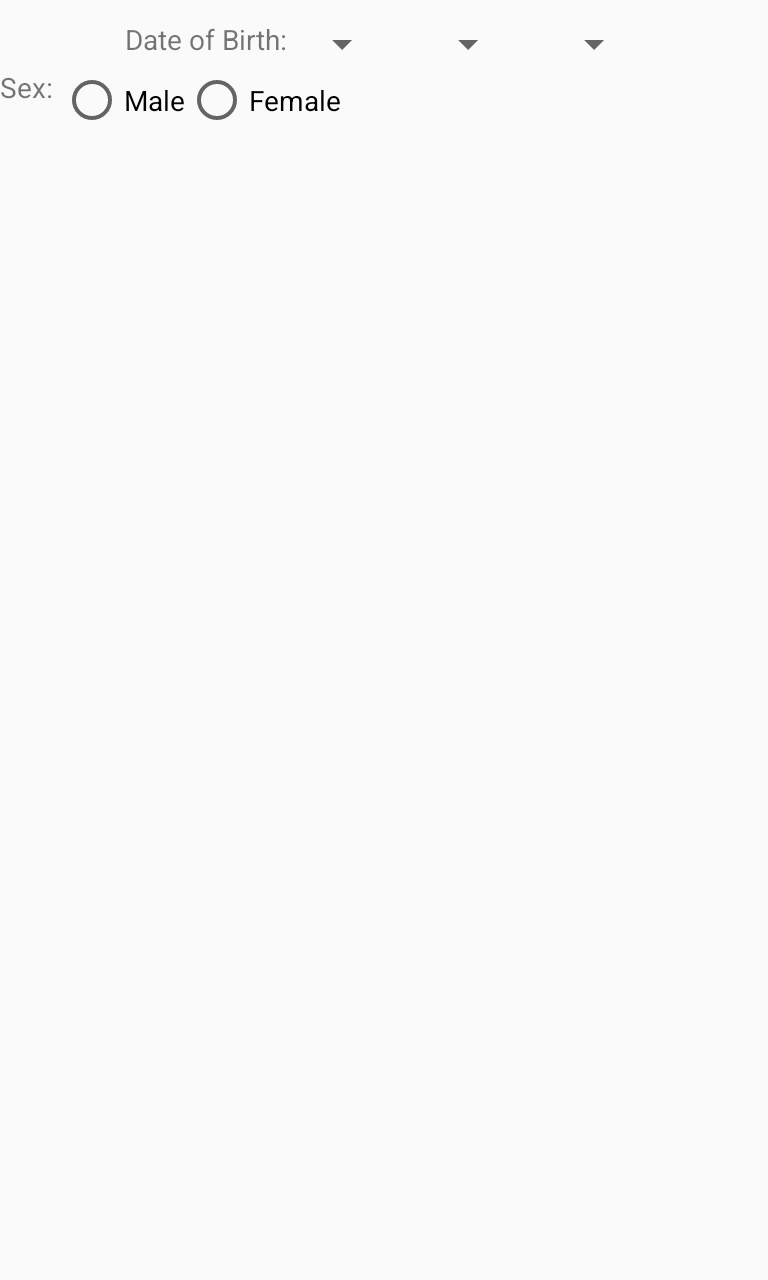
Repository: achavez812/GuatemalaProject2
Layout: GuateMedic-master/GuateMedic/res/layout/fragment_graph_new_child_dialog.xml
An editor plug-in stored every save of this project. The layout is shown before and after the next save, followed by the edit.
It is drawn on a 768 x 1280 px phone screen (xhdpi) without system bars, with theme AppTheme; the app's code is not run.

Above is the layout before, as saved 2014-07-03 07:04:42.

### GuateMedic-master/GuateMedic/res/layout/fragment_graph_new_child_dialog.xml
<?xml version="1.0" encoding="utf-8"?>
<LinearLayout xmlns:android="http://schemas.android.com/apk/res/android"
    android:layout_width="match_parent"
    android:layout_height="match_parent"
    android:orientation="vertical" >

    <LinearLayout
        android:layout_width="match_parent"
        android:layout_height="wrap_content"
        android:gravity="center_horizontal"
        android:orientation="horizontal" >

        <TextView
            android:id="@+id/graph_new_child_date"
            android:layout_width="wrap_content"
            android:layout_height="wrap_content"
            android:layout_marginTop="10dp"
            android:text="Date of Birth: "
            />

	    <Spinner
		    android:id="@+id/graph_new_child_month_spinner"
		    android:layout_marginTop="10dp"
		    android:layout_marginRight="15dp"
		    android:layout_width="wrap_content"
		    android:layout_height="wrap_content" />
	    <Spinner
		    android:id="@+id/graph_new_child_day_spinner"
		    android:layout_marginTop="10dp"
		   	android:layout_marginRight="15dp"
		    android:layout_width="wrap_content"
		    android:layout_height="wrap_content" />
	    <Spinner
		    android:id="@+id/graph_new_child_year_spinner"
		    android:layout_marginTop="10dp"
		    android:layout_width="wrap_content"
		    android:layout_height="wrap_content" />

    </LinearLayout>

    <LinearLayout
        android:layout_width="match_parent"
        android:layout_height="wrap_content"
        android:orientation="horizontal" >

    	<TextView
	     	android:id="@+id/graph_new_child_date"
		    android:layout_width="wrap_content"
		    android:layout_height="wrap_content"
		    android:text="Sex: "
		    />

    	<RadioGroup
		    android:layout_width="wrap_content"
		    android:layout_height="wrap_content"
		    android:orientation="horizontal">

		    <RadioButton android:id="@+id/radio_male"
		        android:layout_width="wrap_content"
		        android:layout_height="wrap_content"
		        android:text="Male"
		        android:onClick="onRadioButtonClicked"/>

		    <RadioButton android:id="@+id/radio_female"
		        android:layout_width="wrap_content"
		        android:layout_height="wrap_content"
		        android:text="Female"
		        android:onClick="onRadioButtonClicked"/>

		</RadioGroup>

	</LinearLayout>



</LinearLayout>

### GuateMedic-master/GuateMedic/res/values/styles.xml
<resources xmlns:android="http://schemas.android.com/apk/res/android">

    <!--
        Base application theme, dependent on API level. This theme is replaced
        by AppBaseTheme from res/values-vXX/styles.xml on newer devices.
    -->

    <!-- Application theme. -->
    <style name="AppTheme" parent="@style/Theme.AppCompat.Light.DarkActionBar">
        <!-- All customizations that are NOT specific to a particular API-level can go here. -->
    	<item name="android:typeface">sans</item>
        <item name="actionBarStyle">@style/MyActionBar</item>
    	<item name="android:actionBarStyle">@style/MyActionBar</item>
    	<item name="android:actionOverflowButtonStyle">@style/OverFlow</item>
    	<item name="android:popupMenuStyle">@style/MyPopupMenu</item>
    	<item name="popupMenuStyle">@style/MyPopupMenu</item>
        <item name="android:panelBackground">#004d6b</item>
         <item name="android:itemTextAppearance">@style/myCustomMenuTextApearance</item>

    </style>
       <style name="myCustomMenuTextApearance" parent="@android:style/TextAppearance.Widget.IconMenu.Item">
        <item name="android:textColor">#FFFFFF</item>
        <item name="android:textSize">20sp</item>

    </style>
    <style name="MyActionBar" parent="@style/Widget.AppCompat.Light.ActionBar.Solid.Inverse">
        <item name="android:background">#004d6b</item>
        <item name="android:titleTextStyle">@style/TitleText</item>



    </style>

    <style name ="MyPopupMenu" parent="android:Theme.Holo.Light">
        <item name="android:popupBackground">#004d6b</item>
    </style>

    <style name="OverFlow" parent="@android:style/Widget.Holo.ActionButton.Overflow">
    	<item name="android:src">@drawable/ic_action_overflow</item>
	</style>
    <style name="TitleText">
        <item name="android:textColor">#FFFFFF</item>
        <item name="android:typeface">sans</item>
        <item name="android:textSize">30sp</item>

    </style>
	<!--
	<style name="HomePage" parent="AppTheme">
	<item name="android:background"> @drawable/guatemala_home_bg </item>
	</style>
	    -->





</resources>

After the next save:
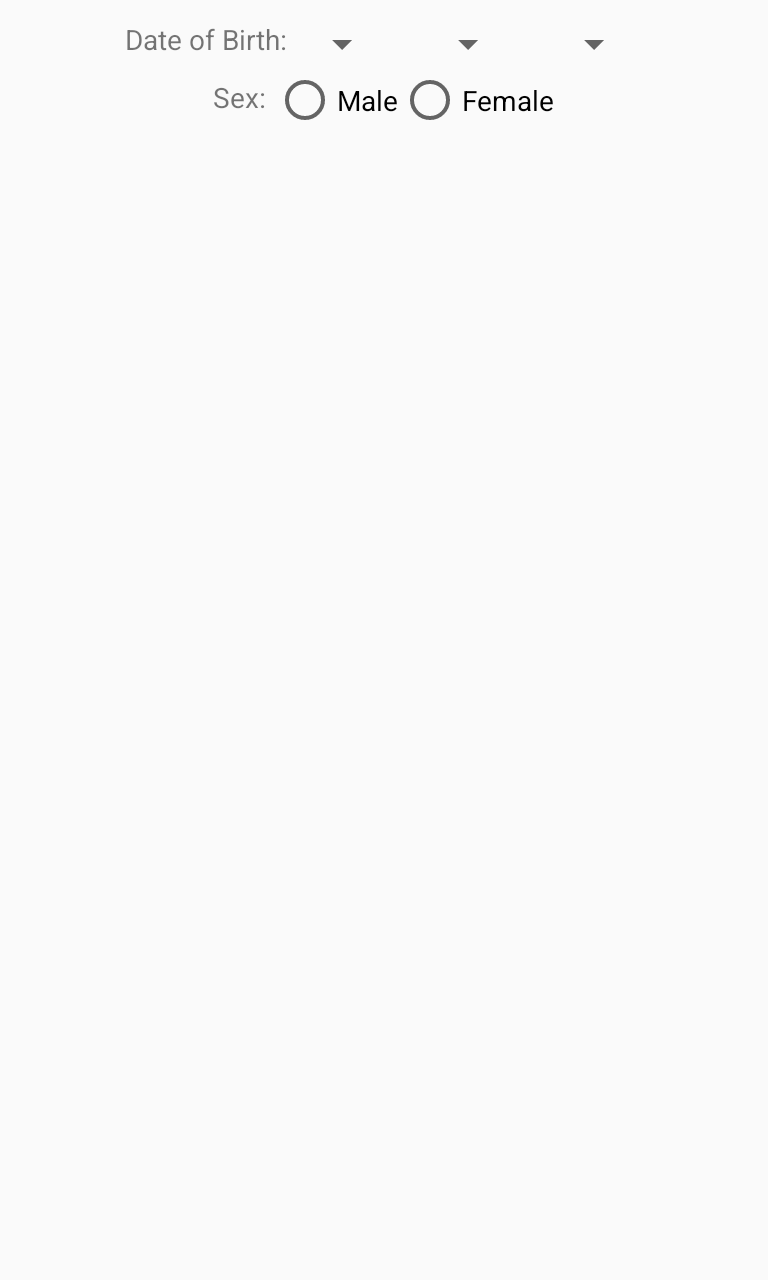
Saved 38 s later.
--- a/GuateMedic-master/GuateMedic/res/layout/fragment_graph_new_child_dialog.xml
+++ b/GuateMedic-master/GuateMedic/res/layout/fragment_graph_new_child_dialog.xml
@@ -41,12 +41,14 @@
     <LinearLayout
         android:layout_width="match_parent"
         android:layout_height="wrap_content"
+        android:gravity="center_horizontal"
         android:orientation="horizontal" >
 
     	<TextView
 	     	android:id="@+id/graph_new_child_date"
 		    android:layout_width="wrap_content"
 		    android:layout_height="wrap_content"
+		    android:layout_marginTop="5dp"
 		    android:text="Sex: "
 		    />
 
